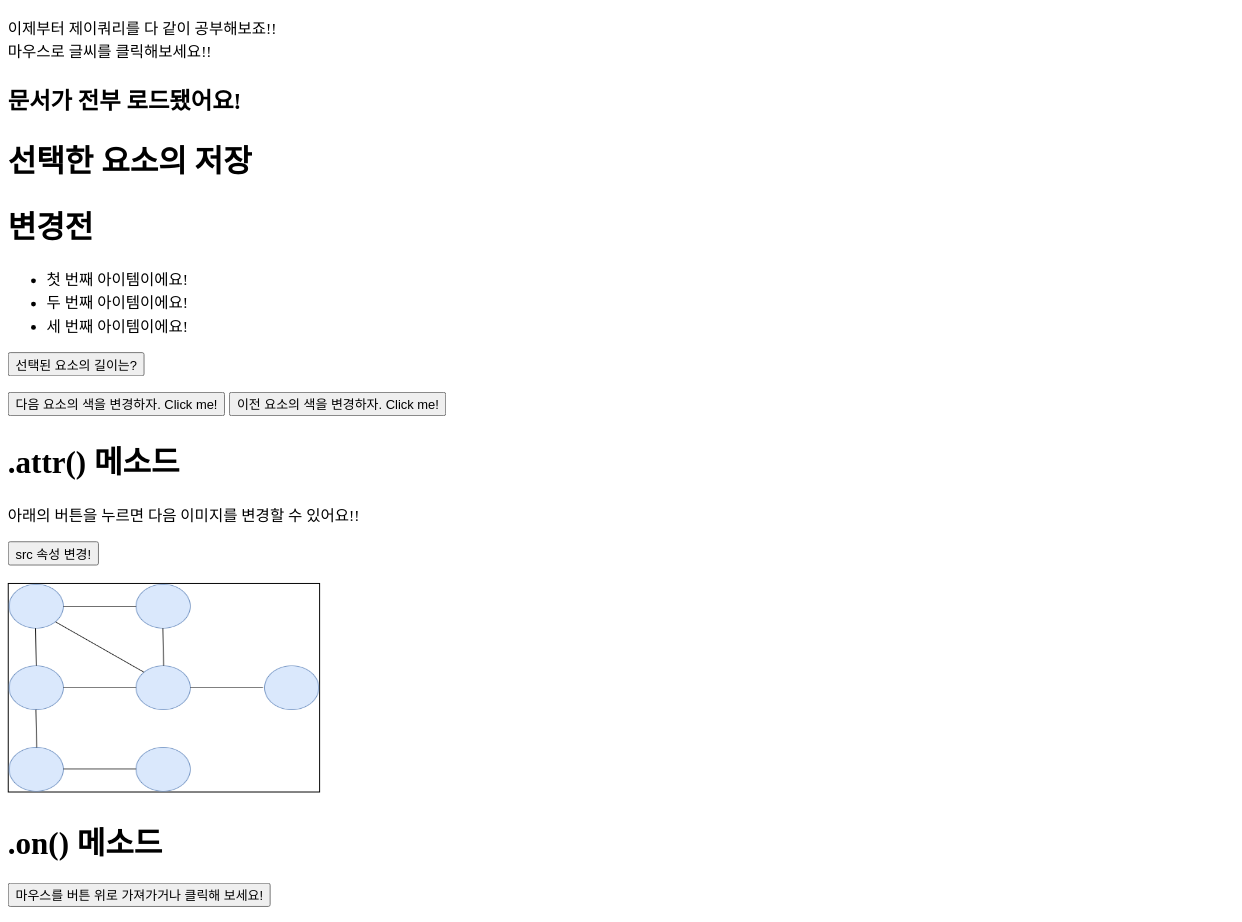
Repository: kokoko12334/sms
Page: http://localhost/test
These files come from the project's save history. The page is drawn as it stood at one moment and after the next save; the edit follows.
The browser window is 1280 px wide. The pictures show the whole page, at 97% of full size.
The page is this project's Thymeleaf template; nobody is signed in. The template is opened directly, without the code that normally fills it, so the values that code supplies are empty.

Above is the page before, as saved 2023-05-27 09:11:26.
Console error: TypeError: e.indexOf is not a function

After the next save:
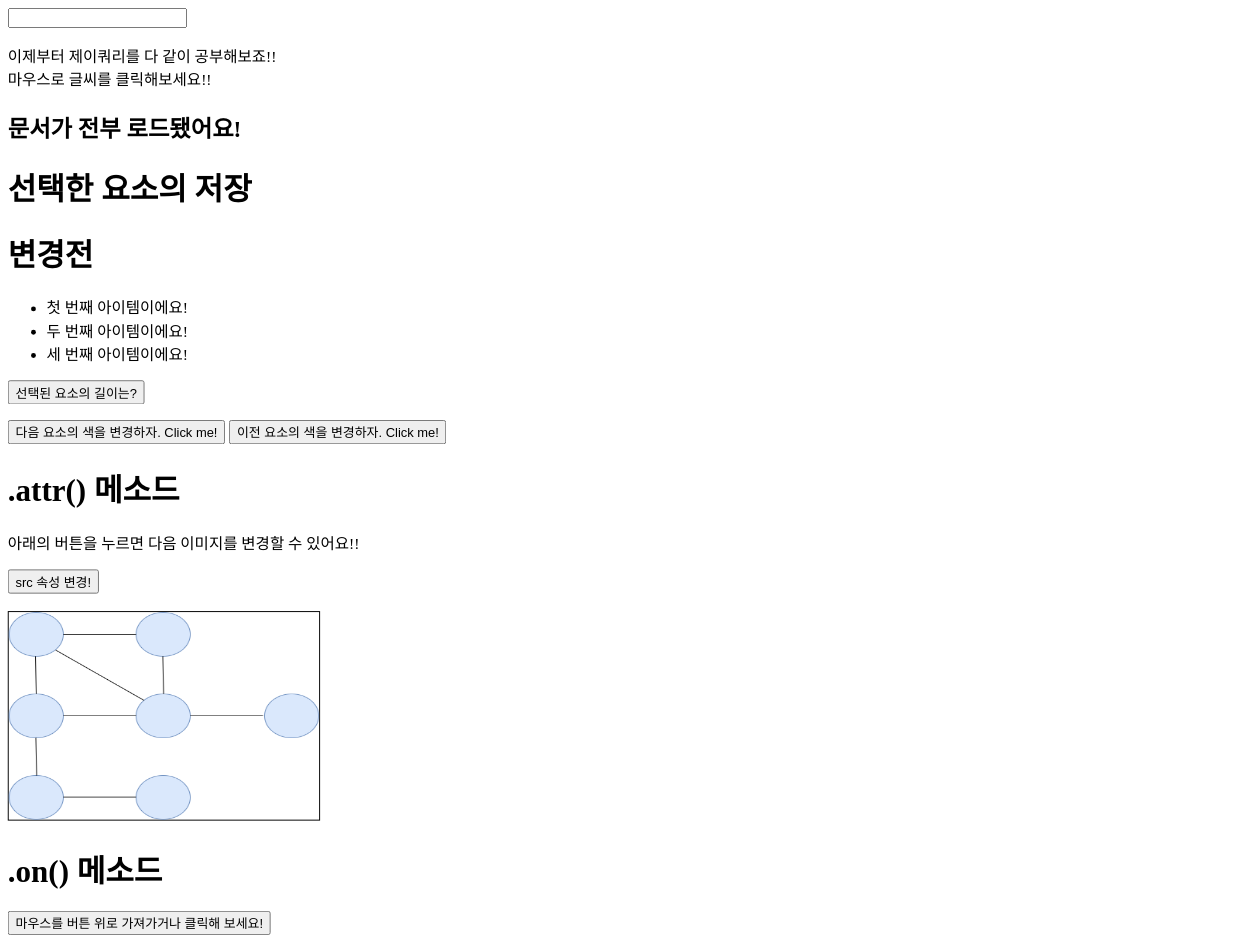
Saved 15 min 45 s later.
--- a/workspace_spring2/bankingdemo/src/main/resources/templates/test.html
+++ b/workspace_spring2/bankingdemo/src/main/resources/templates/test.html
@@ -7,7 +7,10 @@
 </head>
 <body>
 
-   <p>이제부터 제이쿼리를 다 같이 공부해보죠!!<br>
+
+	<input type = "text" id = "in">
+
+	<p>이제부터 제이쿼리를 다 같이 공부해보죠!!<br>
 
     마우스로 글씨를 클릭해보세요!!</p>
 
